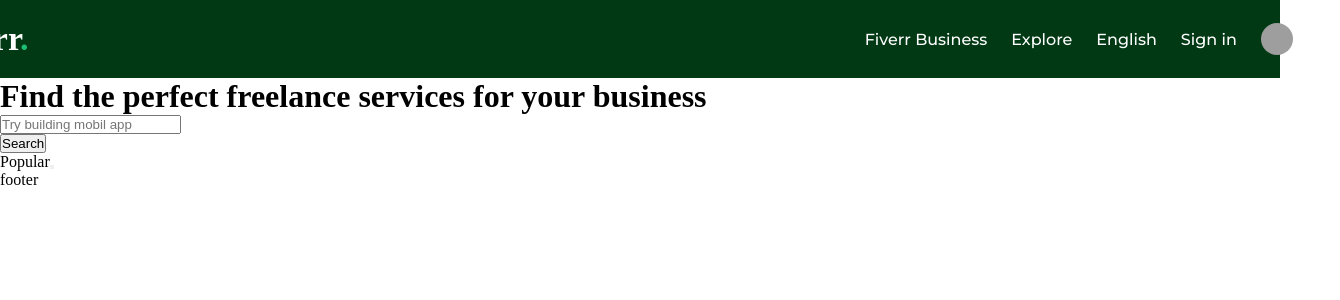
Repository: MoNasr2022/fiverr_clone_app
Page: /
The author's editor kept a copy of each file at every save. The page is drawn from the files as they stood at one save, then again after the next save.
The browser window is 1280 px wide. The page is 1340 px wide, so the pictures cover 1340 px, including what lies to the right of the window. The pictures show the whole page.
Pictures or frames that could not be fetched are drawn as grey boxes. The project was rebuilt for these pictures with package versions that can differ from the ones it lists, and the page was loaded fresh each time. Also part of the build but not shown: vite.config.js, src/components/featured/Featured.scss, src/pages/gigs/Gigs.jsx, src/pages/gig/Gig.jsx, src/pages/orders/Orders.jsx, src/pages/myGigs/MyGigs.jsx, src/pages/add/Add.jsx, src/pages/messages/Messages.jsx and 1 more.

Above is the page before, as saved 2023-03-06 23:05:34.

### index.html
<!DOCTYPE html>
<html lang="en">
  <head>
    <meta charset="UTF-8" />
    <link rel="icon" type="image/svg+xml" href="/vite.svg" />
    <meta name="viewport" content="width=device-width, initial-scale=1.0" />
    <link rel="preconnect" href="https://fonts.googleapis.com">
    <link rel="preconnect" href="https://fonts.gstatic.com" crossorigin>
    <link
      href="https://fonts.googleapis.com/css2?family=Roboto:ital,wght@0,100;0,300;0,400;0,500;0,700;0,900;1,100;1,300;1,400;1,500;1,700;1,900&display=swap"
      rel="stylesheet">

    <link
      href="https://fonts.googleapis.com/css2?family=Montserrat:ital,wght@0,100;0,200;0,300;0,400;0,500;0,600;0,700;0,800;1,100;1,200;1,300;1,400;1,500;1,600;1,700;1,800;1,900&display=swap"
      rel="stylesheet">
      <style>
        * {
          margin: 0;
          padding: 0;
          box-sizing: border-box;

        }

      </style>
    <title>Vite + React</title>
  </head>
  <body>
    <div id="root"></div>
    <script type="module" src="/src/main.jsx"></script>
  </body>
</html>

### src/App.jsx
import React from "react";
import Navbar from "./components/navbar/NavBar";
import Footer from "./components/footer/Footer";
import Home from "./pages/home/Home";
import Gigs from "./pages/gigs/Gigs";
import Gig from "./pages/gig/Gig";
import Orders from "./pages/orders/Orders";
import MyGigs from "./pages/mygigs/MyGigs";
import Add from "./pages/add/Add";
import Messages from "./pages/messages/Messages";
import Message from "./pages/message/Message";
import { createBrowserRouter, RouterProvider, Outlet } from "react-router-dom";
import "./app.scss"



function App() {

  const Layout = () => {
    return (
      <>
        <Navbar />
        <Outlet />
        <Footer/>
      </>
    );
}

  const router = createBrowserRouter([
    {
      path: "/",
      element: <Layout />,
      children: [
        {
          path: "/",
          element: <Home/>,

        },
        {
          path: "/gigs",
          element: <Gigs/>,
        },
        {
          path: "/gig/:id",
          element: <Gig/>,
        },
        {
          path: "/orders",
          element: <Orders/>,
        },
        {
          path: "/mygigs",
          element: <MyGigs/>,
        },
        {
          path: "/add",
          element: <Add/>,
        },
        {
          path: "/messages",
          element: <Messages/>,
        },
        {
          path: "/message/:id",
          element: <Message/>,
        },

      ]
  },
]);

  return (
    <div className="App">
      <RouterProvider router={router} />
    </div>
  );
}

export default App;

### src/components/navbar/NavBar.jsx
import React, { useEffect, useState } from "react";
import { Link, useLocation } from "react-router-dom";
import "./Navbar.scss";

const Navbar = () => {
  const [active, setActive] = useState(false);
  const [option, setOption] = useState(false);

  const {pathname} = useLocation()

  const isActive = () => {
    window.scrollY > 0 ? setActive(true) : setActive(false);
  };
  useEffect(() => {
    window.addEventListener("scroll", isActive);
    return () => {
      window.removeEventListener("scroll", isActive);
    };
  }, []);

  const currentUser = {
    id: 1,
    username: "Nasr",
    isSeller: true,
  };

  return (
    <div className={active || pathname !== "/" ? "navbar active" : "navbar"}>
      <div className="container">
        <div className="logo">
          <Link to="/" className="link">
            <span className="text">fiverr</span>
          </Link>
          <span className="dot">.</span>
        </div>
        <div className="links">
          <span>Fiverr Business</span>
          <span>Explore</span>
          <span>English</span>
          <span>Sign in</span>
          {!currentUser?.isSeller && <span>Become a Seller</span>}
          {!currentUser && <button>Juin</button>}
          {currentUser && (
            <div className="user" onClick={() => setOption(!option)}>
              <img
                src="https://images.pexels.com/photos/13921662/pexels-photo-13921662.jpeg?auto=compress&cs=tinysrgb&w=1260&h=750&dpr=1"
                alt=""
              />
              <span>{currentUser?.username}</span>
              {option && (
                <div className="options">
                  {currentUser?.isSeller && (
                    <>
                      <Link className="link" to="/mygigs">
                        Gigs
                      </Link>
                      <Link className="link" to="/add">
                        Add New Gig
                      </Link>
                    </>
                  )}
                  <Link className="link" to="/orders">
                    Orders
                  </Link>
                  <Link className="link" to="/message">
                    Messages
                  </Link>
                  <Link className="link">Logout</Link>
                </div>
              )}
            </div>
          )}
        </div>
      </div>
      {active ||
        (pathname !== "/" && (
          <>
            <hr />
            <div className="menu">
              <Link className="link menuLink" to="/">
                Graphics & Design
              </Link>
              <Link className="link menuLink" to="/">
                Video & Animation
              </Link>
              <Link className="link menuLink" to="/">
                Writing & Translation
              </Link>
              <Link className="link menuLink" to="/">
                AI Services
              </Link>
              <Link className="link menuLink" to="/">
                Digital Marketing
              </Link>
              <Link className="link menuLink" to="/">
                Music & Audio
              </Link>
              <Link className="link menuLink" to="/">
                Programming & Tech
              </Link>
              <Link className="link menuLink" to="/">
                Business
              </Link>
              <Link className="link menuLink" to="/">
                Lifestyle
              </Link>
            </div>
          </>
        ))}
    </div>
  );
};

export default Navbar;

### src/components/footer/Footer.jsx
import React from 'react'
import "./Footer.scss"


const Footer = () => {
  return (
    <div>
      footer
    </div>
  )
}

export default Footer

### src/pages/home/Home.jsx
import React from "react";
import Featured from "../../components/featured/Featured";
import "./Home.scss";
const Home = () => {
  return <div>
    <Featured/>
  </div>;
};

export default Home;

### src/app.scss
*{
    .link {
        text-decoration: none;
        color: inherit
    }
}

### src/components/navbar/NavBar.scss
.navbar {
  display: flex;
  flex-direction: column;
  align-items: center;
  background-color: #013914;
  color: white;
  transition: 0.5s all ease;
  position: sticky;
  top: 0;
  z-index: 999;

  &.active {
    background-color: white;
    color: black;
  }

  .container {
    display: flex;
    justify-content: space-between;
    width: 1400px;
    padding: 20px 0px;

    .logo {
      font-size: 34px;
      font-weight: bold;
      .text {
      }
      .dot {
        color: #1dbf73;
      }
    }
    .links {
      display: flex;
      align-items: center;
      gap: 24px;
      font-weight: 500;
      font-family: "Montserrat", sans-serif;
      button {
        color: white;
        padding: 10px 20px;
        border-radius: 5px;
        border: 1px solid white;
        cursor: pointer;
        background-color: transparent;
        &:hover {
          background-color: #1dbf73;
          border-color: #1dbf73;
        }

      }
      .user {
        display: flex;
        align-items: center;
        gap: 10px;
        position: relative;
        cursor: pointer;
        img {
          width: 32px;
          height: 32px;
          border-radius: 50%;
          object-fit: cover;
        }
        .options {
          position: absolute;
          top: 50px;
          right: 0;
          padding: 20px;
          background-color: white;
          border-radius: 5px;
          box-shadow: 0px 0px 10px 0px rgba(0, 0, 0, 0.2);
          z-index: 999;
          display: flex;
          flex-direction: column;
          gap: 10px;
          color: gray;
          font-weight: 300;
          width: 200px;
        }

      }
    }
  }
  hr {
    width: 100%;
    height: 0;
    border: 0.5px solid rgb(187, 184, 184);
  }
  .menu {
    width: 1400px;
    padding: 10px 0px;
    display: flex;
    justify-content: space-between;
    font-weight: 300;
    color: gray;
    font-family: "Montserrat", sans-serif;


  }
}

### src/components/featured/Featured.jsx
import React from "react";
import "./Featured.scss";
const Featured = () => {
  return (
    <div className="featured">
      <div className="container">
        <div className="left">
          <h1>
            Find the perfect <span>freelance</span> services for your business
          </h1>
          <div className="search">
            <div className="searchInput">
              <img src="" alt="" />
              <input type="text" placeholder="Try building mobil app" />
            </div>
            <button>Search</button>
          </div>
          <div className="popular">
            <span>Popular</span>
            <button></button>

          </div>
        </div>
        <div className="right"></div>
      </div>
    </div>
  );
};

export default Featured;

Loaded but not shown: src/main.jsx (common file); src/components/footer/Footer.scss (no stored copy; drawn as an empty file); src/pages/add/Add.scss (no stored copy; drawn as an empty file); src/pages/gig/Gig.scss (no stored copy; drawn as an empty file); src/pages/gigs/Gigs.scss (no stored copy; drawn as an empty file); src/pages/home/Home.scss (no stored copy; drawn as an empty file); src/pages/message/Message.scss (no stored copy; drawn as an empty file); src/pages/messages/Messages.scss (no stored copy; drawn as an empty file); src/pages/myGigs/MyGigs.scss (no stored copy; drawn as an empty file); src/pages/orders/Orders.scss (no stored copy; drawn as an empty file)

After the next save:
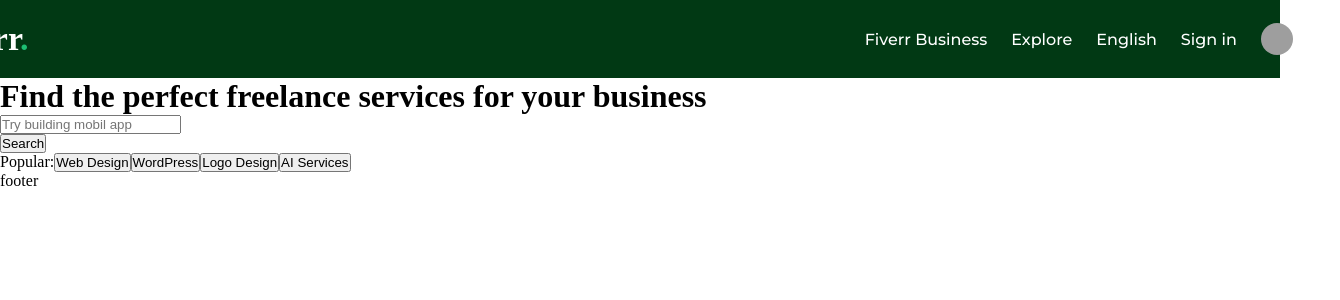
Saved 20 s later.
--- a/src/components/featured/Featured.jsx
+++ b/src/components/featured/Featured.jsx
@@ -16,9 +16,11 @@
             <button>Search</button>
           </div>
           <div className="popular">
-            <span>Popular</span>
-            <button></button>
-
+            <span>Popular:</span>
+            <button>Web Design</button>
+            <button>WordPress</button>
+            <button>Logo Design</button>
+            <button>AI Services</button>
           </div>
         </div>
         <div className="right"></div>
